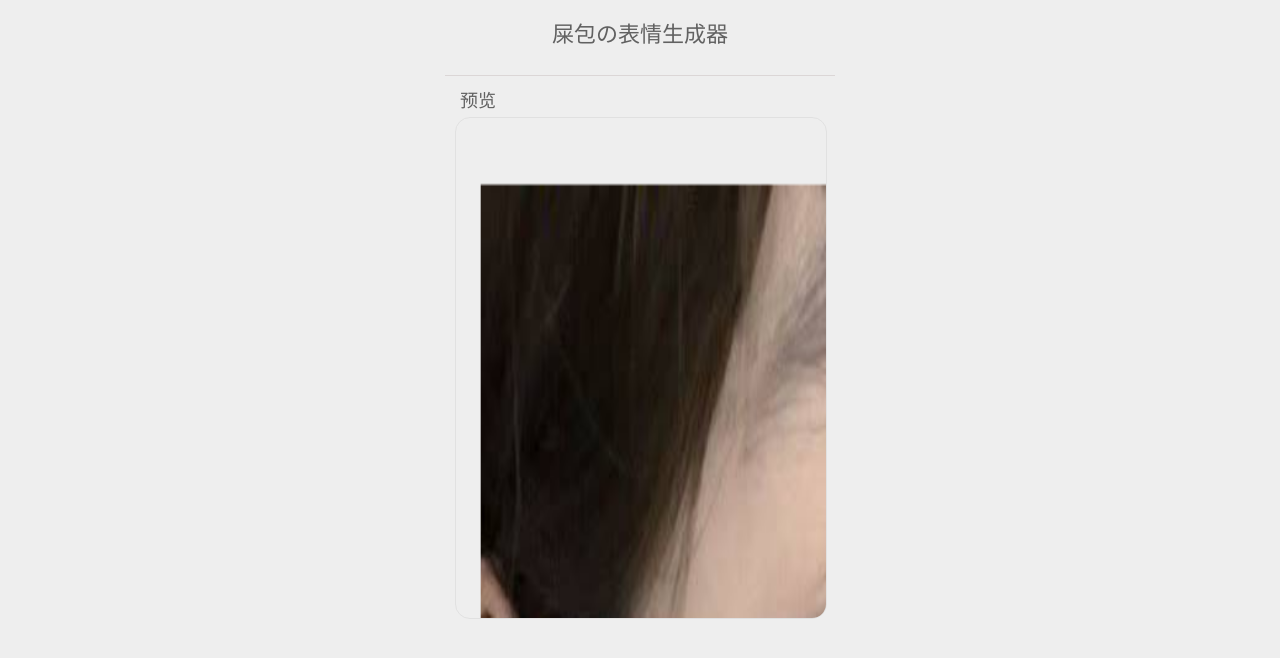
Repository: long-zuyang/shibao
Page: /
An editor plug-in stored every save of this project. The page is shown before and after the next save, followed by the edit.
The browser window is 1280 px wide. The pictures show the whole page.
The project was rebuilt for these pictures with package versions that can differ from the ones it lists, and the page was loaded fresh each time. Also part of the build but not shown: vite.config.ts.

Above is the page before, as saved 2023-06-29 21:09:35.

### src/main.tsx
import React from 'react';
import ReactDOM from 'react-dom/client';
import 'normalize.css';
import App from './App.tsx';

ReactDOM.createRoot(document.getElementById('root') as HTMLElement).render(
  <React.StrictMode>
    <App />
  </React.StrictMode>
);

### src/App.tsx
// import { useState } from 'react';
import { Flex, Image } from 'react-vant';
import React, { useRef, useEffect } from 'react';
import './App.less';

import CanvasDrow from './components/CanvasDraw';

// function App() {
//   // const [count, setCount] = useState(0);
//   // console.log(document.getElementById('cvs'));

// }

class App extends React.Component {
  state = {};

  componentDidMount() {
    // console.log(document.getElementById('cvs'));
  }

  render() {
    console.log('渲染');

    return (
      <div className="main">
        <div className="top">
          <div className="name">屎包の表情生成器</div>
        </div>
        <div className="container">
          <span className="tips">预览</span>
          <CanvasDrow />
        </div>
      </div>
    );
  }
}

export default App;

### src/App.less
html,
body {
  background-color: #eee;
  .main {
    width: 390px;
    margin: 0 auto;
    .top {
      height: 75px;
      position: relative;
      border-bottom: 1px solid rgb(219, 214, 214);
      .name {
        color: #616161;
        font-size: 22px;
        text-align: center;
        position: absolute;
        width: 100%;
        padding-top: 22px;
        font-family: 微软雅黑;
      }
    }
    .container {
      margin-top: 15px;
      padding: 0 10px;
      .tips {
        font-size: 18px;
        margin: 0px 5px;
        color: #616161;
        font-family: 微软雅黑;
      }
      canvas {
        margin-top: 5px;
        height: 500px;
        width: 370px;
        border: 1px solid rgba(223, 223, 223, 0.9);
        border-radius: 15px;
      }
    }
  }
}

### src/components/CanvasDraw.tsx
import { useRef, useEffect } from 'react';
import BaseImg from '../assets/base.jpg';

function CanvasDrow() {
  const canvasRef = useRef<HTMLCanvasElement>(null);

  useEffect(() => {
    const canvas = canvasRef.current;
    if (canvas == null) {
      return;
    }

    const ctx = canvas.getContext('2d');

    // 创建头像图片
    const headImg = new Image();
    headImg.src = BaseImg;
    headImg.width = 50;
    headImg.height = 50;

    // 图片加载完成后绘制图片
    headImg.onload = () => {
      ctx?.drawImage(headImg, 20, 20);
    };
  }, []);
  // if (!canvasRef.current) {
  //   return <div>Canvas is not available.</div>;
  // }
  return <canvas ref={canvasRef} />;
}

export default CanvasDrow;

Loaded but not shown: index.html (common file)

After the next save:
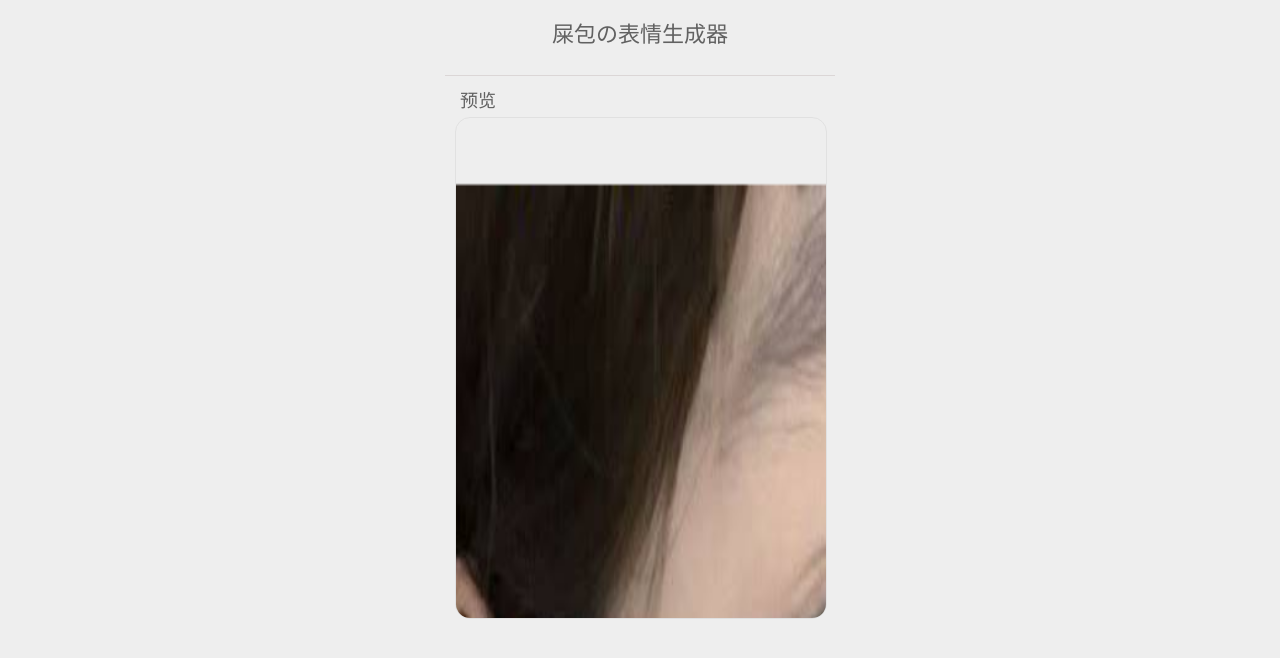
Saved 5 s later.
--- a/src/components/CanvasDraw.tsx
+++ b/src/components/CanvasDraw.tsx
@@ -20,7 +20,7 @@ function CanvasDrow() {
 
     // 图片加载完成后绘制图片
     headImg.onload = () => {
-      ctx?.drawImage(headImg, 20, 20);
+      ctx?.drawImage(headImg, 0, 20);
     };
   }, []);
   // if (!canvasRef.current) {
